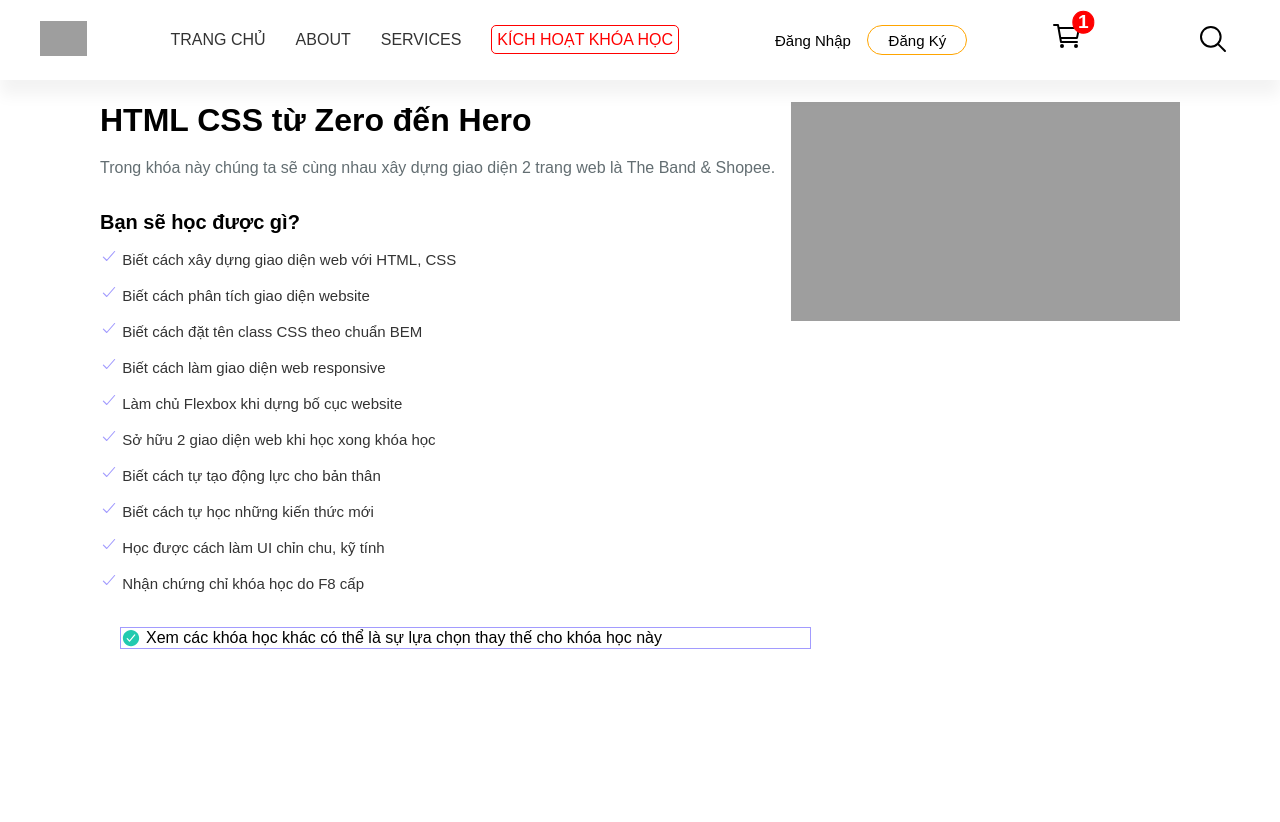
Repository: hoanghuuphuc/hoanghuuphuc
Page: details.html
The author's editor kept a copy of each file at every save. The page is drawn from the files as they stood at one save, then again after the next save.
The browser window is 1280 px wide. The pictures show the whole page.
Pictures or frames that could not be fetched are drawn as grey boxes.

Above is the page before, as saved 2022-12-11 21:52:44.
Console error: TypeError: Cannot read properties of null (reading 'addEventListener')

After the next save:
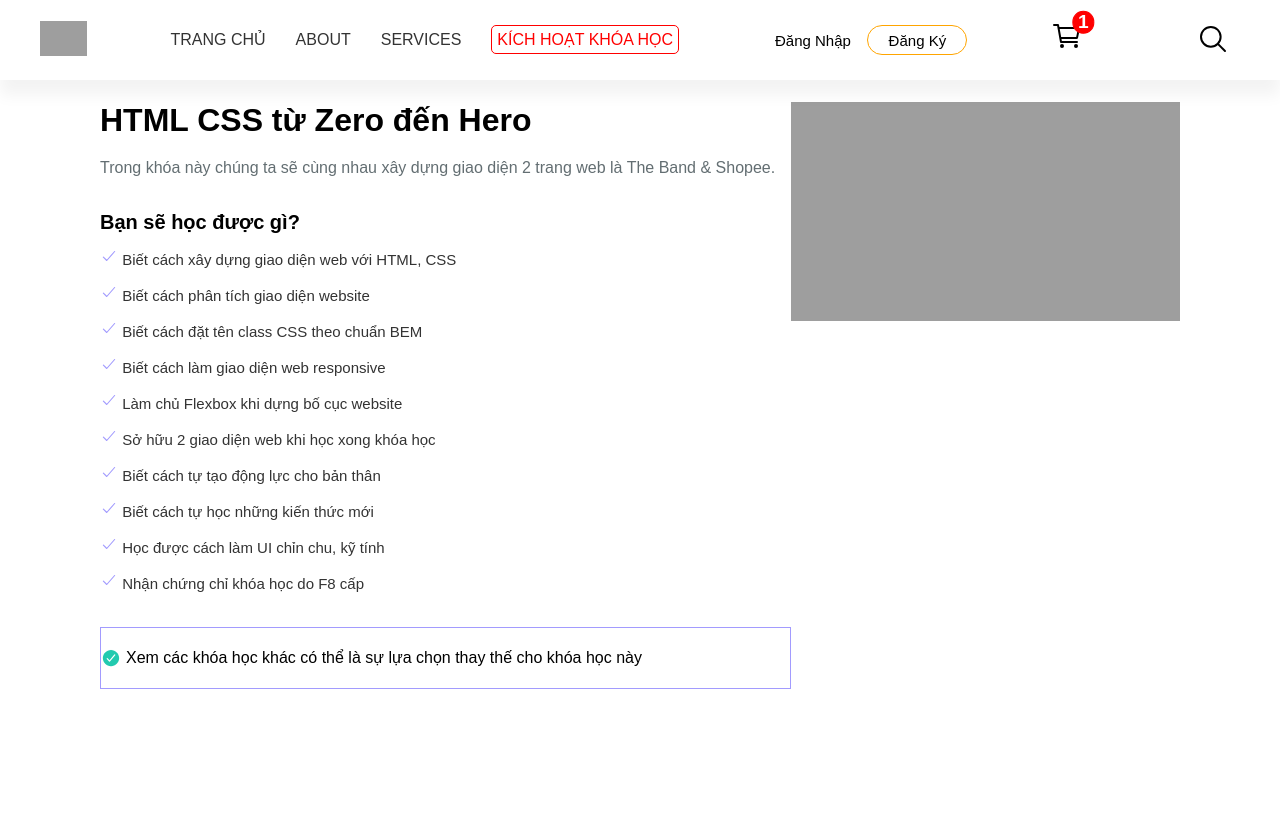
Saved 11 s later.
--- a/style.css
+++ b/style.css
@@ -727,7 +727,7 @@ footer {
   align-items: center;
   border: 1px solid #a29bfe;
   width: 100%;
-  margin: 20px;
+  padding: 20px 0px;
 }
 .details-left-tag ion-icon {
   margin-right: 5px;
